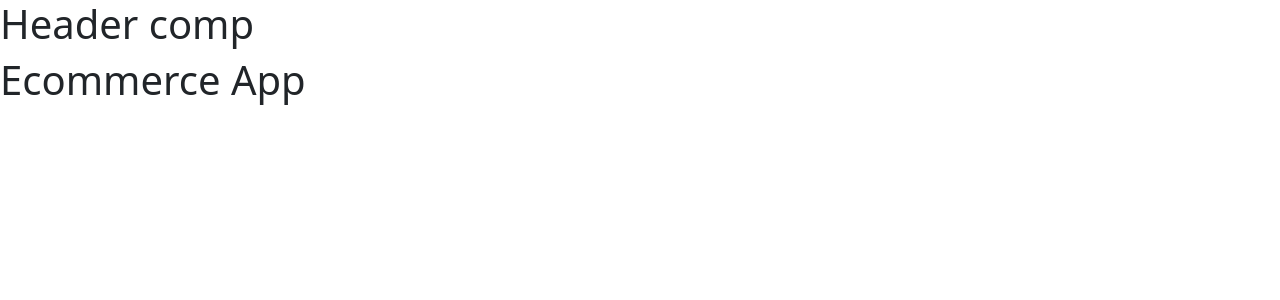
Repository: Abhi2359/SaleXpress
Page: / (app in client/)
An editor plug-in stored every save of this project. The page is shown before and after a run of saves, followed by the edit.
The browser window is 1280 px wide. The pictures show the whole page.
The project was rebuilt for these pictures with package versions that can differ from the ones it lists, and the page was loaded fresh each time. Also part of the build but not shown: client/vite.config.js, client/src/App.css.

Above is the page before, as saved 2023-05-08 18:17:26.

After the next 3 saves:
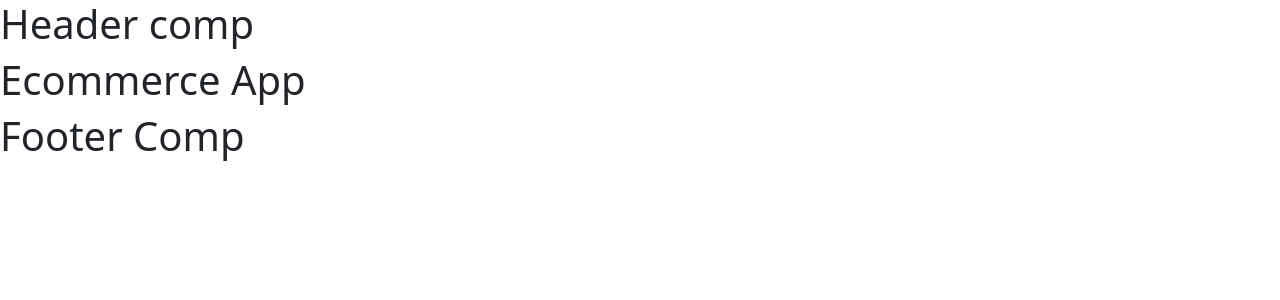
The 3 saves are shown as one change because they came seconds apart.
The last was saved 14 s later.
--- a/client/src/components/Layout/Layout.jsx
+++ b/client/src/components/Layout/Layout.jsx
@@ -1,5 +1,6 @@
 import React from 'react'
 import Header from './Header'
+import Footer from './Footer'
 
 const Layout = (props) => {
   return (
@@ -9,6 +10,7 @@ const Layout = (props) => {
 
         {props.children}
         </main>
+        <Footer/>
     </div>
   )
 }
